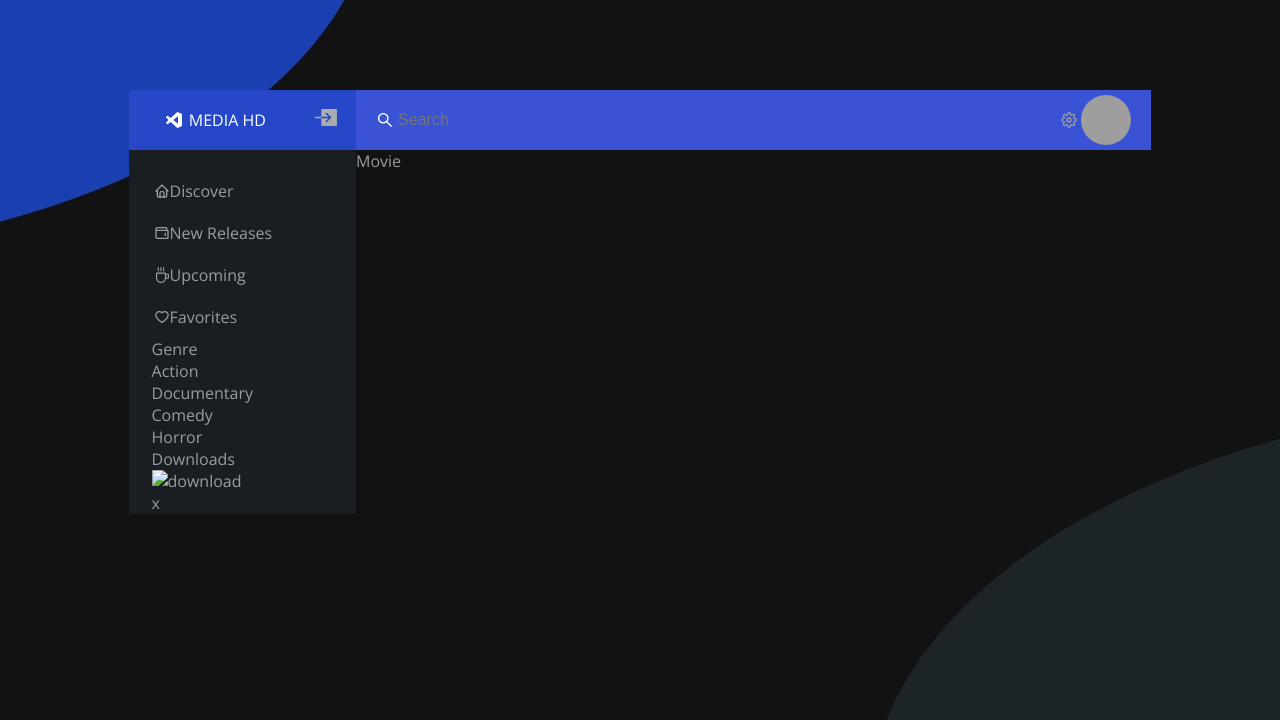
Repository: DevLaukey/movie-task
Page: /
These files come from the project's save history. The page is drawn as it stood at one moment and after the next save; the edit follows.
The browser window is 1280 px wide. The pictures show the whole page.
Pictures or frames that could not be fetched are drawn as grey boxes. The page's requests for data from a server got no answer. The project was rebuilt for these pictures with package versions that can differ from the ones it lists, and the page was loaded fresh each time. No one was signed in, and anything a server would have sent is missing. Also part of the build but not shown: src/components/Body/Movies.css.

Above is the page before, as saved 2022-06-15 20:41:18.

### src/App.js
import "./App.css"
import Body from "./components/Body/Body";
import Sidebar from "./components/Sidebar/Sidebar";
import axios from "axios";
import { useEffect, useState } from "react";

function App() {
  const [movies, setMovies] = useState([]);
  const url = "https://api.themoviedb.org/3/";
  const api = axios.create({ baseURL: url });

  const movieDetails = api.get(`/discover/movie?api_key=${process.env.REACT_APP_MOVIEDB_API}`, {
    params: process.env.MOVIEDB_API,
  });

  useEffect(() => {
    movieDetails.then((res) => {
      console.log(res.data.results);
    });
  }, [movies])
  return (
    <main className="App">
      <div className="App__container">
        <Sidebar />
        <Body />
      </div>
    </main>
  );
}

export default App;

### src/index.css
*{
    padding: 0;
    margin: 0;
    box-sizing: border-box;

}

### src/features/counter/counterSlice.js
import { createAsyncThunk, createSlice } from '@reduxjs/toolkit';
import { fetchCount } from './counterAPI';

const initialState = {
  value: 0,
  movies: 'idle',
};

// The function below is called a thunk and allows us to perform async logic. It
// can be dispatched like a regular action: `dispatch(incrementAsync(10))`. This
// will call the thunk with the `dispatch` function as the first argument. Async
// code can then be executed and other actions can be dispatched. Thunks are
// typically used to make async requests.
export const incrementAsync = createAsyncThunk(
  'counter/fetchCount',
  async (amount) => {
    const response = await fetchCount(amount);
    // The value we return becomes the `fulfilled` action payload
    return response.data;
  }
);

export const counterSlice = createSlice({
  name: 'counter',
  initialState,
  // The `reducers` field lets us define reducers and generate associated actions
  reducers: {
    increment: (state) => {
      // Redux Toolkit allows us to write "mutating" logic in reducers. It
      // doesn't actually mutate the state because it uses the Immer library,
      // which detects changes to a "draft state" and produces a brand new
      // immutable state based off those changes
      state.value += 1;
    },
    decrement: (state) => {
      state.value -= 1;
    },
    // Use the PayloadAction type to declare the contents of `action.payload`
    incrementByAmount: (state, action) => {
      state.value += action.payload;
    },
  },
  // The `extraReducers` field lets the slice handle actions defined elsewhere,
  // including actions generated by createAsyncThunk or in other slices.
  extraReducers: (builder) => {
    builder
      .addCase(incrementAsync.pending, (state) => {
        state.status = 'loading';
      })
      .addCase(incrementAsync.fulfilled, (state, action) => {
        state.status = 'idle';
        state.value += action.payload;
      });
  },
});

export const { increment, decrement, incrementByAmount } = counterSlice.actions;

// The function below is called a selector and allows us to select a value from
// the state. Selectors can also be defined inline where they're used instead of
// in the slice file. For example: `useSelector((state: RootState) => state.counter.value)`
export const selectCount = (state) => state.counter.value;

// We can also write thunks by hand, which may contain both sync and async logic.
// Here's an example of conditionally dispatching actions based on current state.
export const incrementIfOdd = (amount) => (dispatch, getState) => {
  const currentValue = selectCount(getState());
  if (currentValue % 2 === 1) {
    dispatch(incrementByAmount(amount));
  }
};

export default counterSlice.reducer;

### src/App.css
@import url('https://fonts.googleapis.com/css2?family=Open+Sans&display=swap');
.App{
    background-image: url(../public/back.jpg);
    width: 100vw;
    height: 100vh;
    background-size: cover;
    background-repeat: no-repeat;
    font-family: 'Open Sans', sans-serif;
    color: rgba(154,156,161,255);
}
.App__container{
    position: absolute;
    display: flex;
    justify-content: center;
    padding: 10vh;
    width: 100%;
}

### src/components/Body/Body.js
import React from "react";
import "./Body.css";
import Movies from "./Movies";
import Nav from "./Nav/Nav";
function Body() {
  return (
    <div className="body">
      <Nav />
      <Movies />
    </div>
  );
}

export default Body;

### src/components/Sidebar/Sidebar.js
import React from "react";
import "./Sidebar.css";
import { IoEnterSharp } from "react-icons/io5";
import { SiVisualstudiocode } from "react-icons/si";
import { TbHome } from "react-icons/tb";
import { BiWallet } from "react-icons/bi";
import { AiOutlineHeart, AiOutlineCoffee } from "react-icons/ai";


function Sidebar() {
  return (
    <div className="sidebar">
      <div className="sidebar__top">
        <div className="sidebar__left">
          <SiVisualstudiocode className="sidebar__logo" />
          <p className="sidebar__text">MEDIA HD</p>
        </div>
        <div className="sidebar__right">
          <IoEnterSharp
            style={{ color: "#acacac", height: "25", width: "30" }}
          />
        </div>
      </div>
      <div className="sidebar__bottom">
        <nav className="sidebar__group">
          <div className="sidebar__option">
            <TbHome />
            <p className="sidebar__option-text">Discover</p>
          </div>
          <div className="sidebar__option">
            <BiWallet />
            <p className="sidebar__option-text">New Releases</p>
          </div>
          <div className="sidebar__option">
            <AiOutlineCoffee />
            <p className="sidebar__option-text">Upcoming</p>
          </div>
          <div className="sidebar__option">
            <AiOutlineHeart />

            <p className="sidebar__option-text">Favorites</p>
          </div>
        </nav>
        <section className="sidebar__genre">
          <p className="sidebar__genre-bold-text">Genre</p>
          <p className="sidebar__genre-text">Action</p>
          <p className="sidebar__genre-text">Documentary</p>
          <p className="sidebar__genre-text">Comedy</p>
          <p className="sidebar__genre-text">Horror</p>
        </section>
        <section className="sidebar__downloads">
          <p className="sidebar__downloads-bold-text">Downloads</p>
          <img src="" alt="download" />
          <p className="sidebar__downloads-text">x</p>
        </section>
      </div>
    </div>
  );
}

export default Sidebar;

### src/components/Body/Body.css
.body{
    display: flex;
    flex-direction: column;
    top: -20px;
    width: 70%;
}

### src/components/Body/Movies.js
import React from 'react'
import Movie from './Movie'
import "./Movies.css"
function Movies() {
  return (
      <div>
          <Movie />
    </div>
  )
}

export default Movies

### src/components/Body/Nav/Nav.js
import React from 'react'
import "./Nav.css"
import { AiOutlineSearch} from "react-icons/ai";
import { FiSettings } from "react-icons/fi";

function Nav() {
  return (
    <div className="nav">
      <div className="nav__search">
        <AiOutlineSearch style={{ color: "white", fontSize: "20" }} />
        <input
          className="nav__search__input"
          type="text"
          placeholder="Search"
        />
      </div>
      <div className="nav__icons">
        <FiSettings />
        <img
          src={`https://dt2sdf0db8zob.cloudfront.net/wp-content/uploads/2019/12/9-Best-Online-Avatars-and-How-to-Make-Your-Own-for-Free-image1-5.png`}
          alt=""
          className="nav__avatar"
        />
      </div>
    </div>
  );
}

export default Nav

### src/components/Sidebar/Sidebar.css
.sidebar {
  display: flex;
  flex-direction: column;
  margin-top: 18px;
  width: 20%;
  align-items: center;
  background-color: rgba(26, 29, 34, 255);
}
.sidebar__top {
  display: flex;
  width: 100%;
  justify-content: space-between;
  align-items: center;
  padding: 15px;
  background-color: #2647c8;
}
.sidebar__left {
  color: #fff;
  margin-left: 15px;
  display: flex;
  align-items: center;
}
.sidebar__logo {
  width: 30px;
}
.sidebar__bottom {
  width: 90%;
  margin-left: 10%;
}

.sidebar__group {
  width: 100%;
  margin-top: 20px;
  display: flex;

  flex-direction: column;
}
.sidebar__option {
  display: flex;
  align-items: center;
margin-left: 2px;
  padding: 10px 20px 10px 0;
}
.sidebar__option:hover {
  background-color: #0c0c0c;
  color: rgba(25, 64, 181, 255);
  border-left: 1px solid #2647c8;
}

### src/components/Body/Movie.js
import React from 'react'
import "./Movies.css"
function Movie() {
  return (
    <div>Movie</div>
  )
}

export default Movie

### src/components/Body/Nav/Nav.css
.nav {
  width: 100%;
  display: flex;
  justify-content: space-between;
  margin-top: 18px;
  align-items: center;
  padding: 5px 20px;
  background-color: #3a53d4;
}
.nav__search {
  display: flex;
  align-items: center;
}
.nav__search__input {
  width: 100%;
  border: none;
  background-color: #3a53d4;
  color: #fff;
  margin-left: 4px;
  font-size: 1em;
}

.nav__search__input:focus {
  outline: none;
}
.nav__icons{
    display: flex;
    align-items: center;
}
.nav__avatar{
    margin-left: 4px;
  vertical-align: middle;
  width: 50px;
  height: 50px;
  border-radius: 50%
}

Loaded but not shown: public/index.html (common file); src/index.js (common file); src/app/store.js (common file); src/reportWebVitals.js (common file); src/features/counter/counterAPI.js (common file)

After the next save:
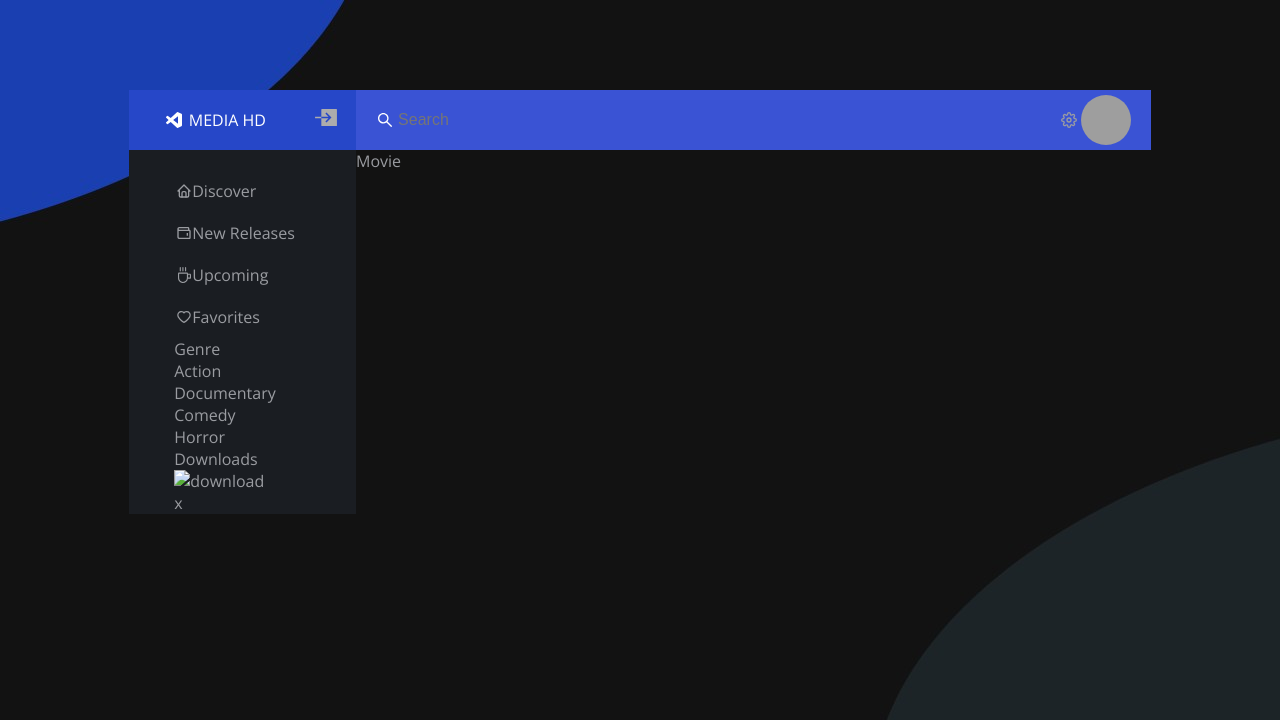
Saved 4 s later.
--- a/src/components/Sidebar/Sidebar.css
+++ b/src/components/Sidebar/Sidebar.css
@@ -25,7 +25,7 @@
 }
 .sidebar__bottom {
   width: 90%;
-  margin-left: 10%;
+  margin-left: 30%;
 }
 
 .sidebar__group {
